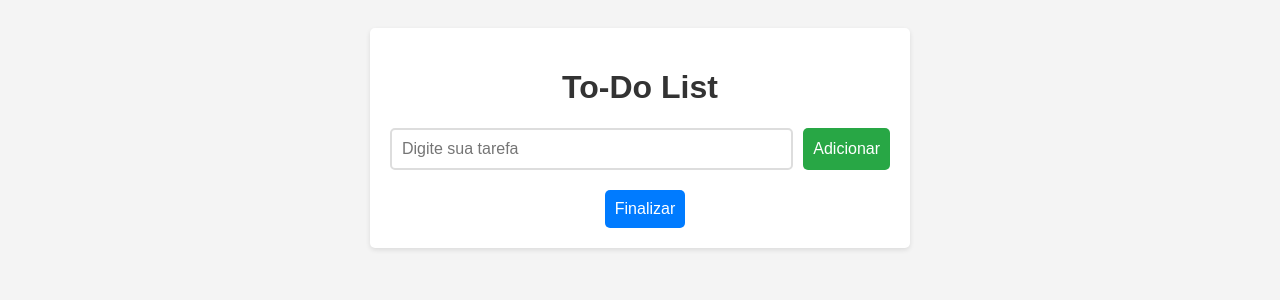
Repository: MathSena/jsp_curso
Page: http://localhost/jspdemo/Index.jsp
The author's editor kept a copy of each file at every save. The page is drawn from the files as they stood at one save, then again after the next save.
The browser window is 1280 px wide. The pictures show the whole page.
The page is served by Tomcat 9.

Above is the page before, as saved 2025-03-04 18:31:22.

After the next save:
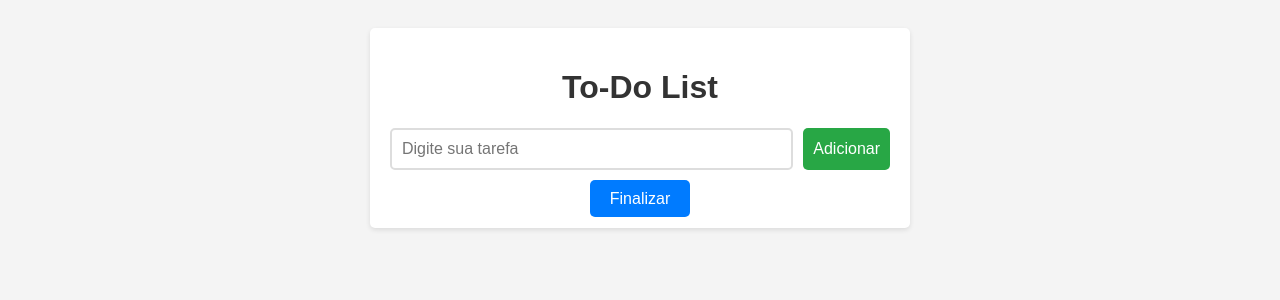
Saved 99 s later.
--- a/jspdemo/src/main/webapp/Index.jsp
+++ b/jspdemo/src/main/webapp/Index.jsp
@@ -11,13 +11,13 @@
     // Variável para mensagem de sucesso
     String message = "";
 
-    // Se o formulário foi submetido via POST, adiciona a tarefa à lista
+    // Se o formulário foi submetido via POST, adiciona a nova tarefa
     if ("POST".equalsIgnoreCase(request.getMethod())) {
-         String newTask = request.getParameter("task");
-         if(newTask != null && !newTask.trim().isEmpty()){
-              tasks.add(newTask.trim());
-              message = "Tarefa adicionada com sucesso!";
-         }
+        String newTask = request.getParameter("task");
+        if(newTask != null && !newTask.trim().isEmpty()){
+            tasks.add(newTask.trim());
+            message = "Tarefa adicionada com sucesso!";
+        }
     }
 %>
 <!DOCTYPE html>
@@ -26,68 +26,75 @@
     <meta charset="UTF-8">
     <title>To-Do List - Adicionar Tarefa</title>
     <style>
-         body {
-             font-family: Arial, sans-serif;
-             background-color: #f4f4f4;
-             padding: 20px;
-         }
-         .container {
-             max-width: 500px;
-             margin: auto;
-             background: #fff;
-             padding: 20px;
-             border-radius: 5px;
-             box-shadow: 0 2px 5px rgba(0,0,0,0.1);
-         }
-         h1 {
-             text-align: center;
-             color: #333;
-         }
-         .input-group {
-             display: flex;
-             margin-bottom: 20px;
-         }
-         input[type="text"] {
-             flex: 1;
-             padding: 10px;
-             border: 2px solid #ddd;
-             border-radius: 5px;
-             font-size: 16px;
-         }
-         button {
-             padding: 10px;
-             margin-left: 10px;
-             background-color: #28a745;
-             color: #fff;
-             border: none;
-             border-radius: 5px;
-             cursor: pointer;
-             font-size: 16px;
-         }
-         button:hover {
-             background-color: #218838;
-         }
-         .message {
-             text-align: center;
-             color: #28a745;
-             font-weight: bold;
-         }
-         .finalizar {
-             text-align: center;
-             margin-top: 20px;
-         }
-         .finalizar button {
-             background-color: #007BFF;
-         }
-         .finalizar button:hover {
-             background-color: #0056b3;
-         }
+        body {
+            font-family: Arial, sans-serif;
+            background-color: #f4f4f4;
+            padding: 20px;
+        }
+        .container {
+            max-width: 500px;
+            margin: auto;
+            background: #fff;
+            padding: 20px;
+            border-radius: 5px;
+            box-shadow: 0 2px 5px rgba(0,0,0,0.1);
+        }
+        h1 {
+            text-align: center;
+            color: #333;
+        }
+        .input-group {
+            display: flex;
+            margin-bottom: 20px;
+        }
+        input[type="text"] {
+            flex: 1;
+            padding: 10px;
+            border: 2px solid #ddd;
+            border-radius: 5px;
+            font-size: 16px;
+        }
+        button {
+            padding: 10px;
+            margin-left: 10px;
+            background-color: #28a745;
+            color: #fff;
+            border: none;
+            border-radius: 5px;
+            cursor: pointer;
+            font-size: 16px;
+        }
+        button:hover {
+            background-color: #218838;
+        }
+        .message {
+            text-align: center;
+            color: #28a745;
+            font-weight: bold;
+            margin-bottom: 20px;
+        }
+        .finalizar {
+            text-align: center;
+            margin-top: 20px;
+        }
+        /* Botão Finalizar estilizado como link */
+        .finalizar a {
+            text-decoration: none;
+            background-color: #007BFF;
+            color: #fff;
+            padding: 10px 20px;
+            border-radius: 5px;
+            font-size: 16px;
+        }
+        .finalizar a:hover {
+            background-color: #0056b3;
+        }
     </style>
 </head>
 <body>
     <div class="container">
          <h1>To-Do List</h1>
-         <!-- Exibe mensagem de sucesso, se houver -->
+         <!-- Exibe mensagem se uma tarefa foi adicionada -->
          <% if (!message.isEmpty()) { %>
               <p class="message"><%= message %></p>
          <% } %>
@@ -98,11 +105,9 @@
                    <button type="submit">Adicionar</button>
               </div>
          </form>
-         <!-- Botão para finalizar e visualizar a lista de tarefas -->
+         <!-- Botão Finalizar redireciona para a lista de tarefas -->
          <div class="finalizar">
-              <form action="todo.jsp" method="get">
-                   <button type="submit">Finalizar</button>
-              </form>
+              <a href="todo.jsp">Finalizar</a>
          </div>
     </div>
 </body>
